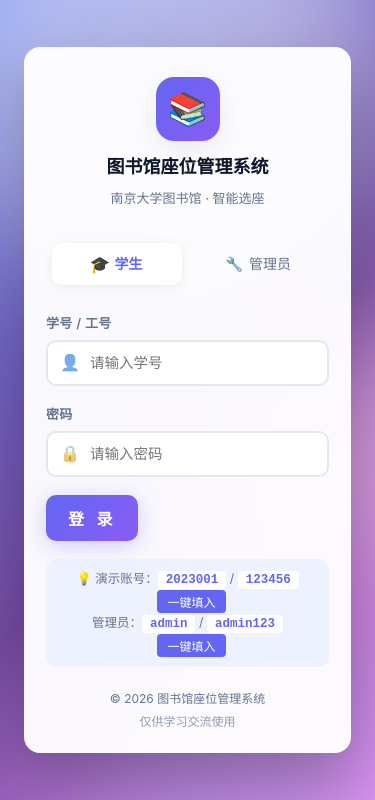
Repository: kinyono/library_seat_system
Page: index.html
The author's editor kept a copy of each file at every save. The page is drawn from the files as they stood at one save, then again after the next save.
The browser window is 375 px wide. The pictures show the whole page.

Above is the page before, as saved 2026-10-12 10:44:18.

After the next save:
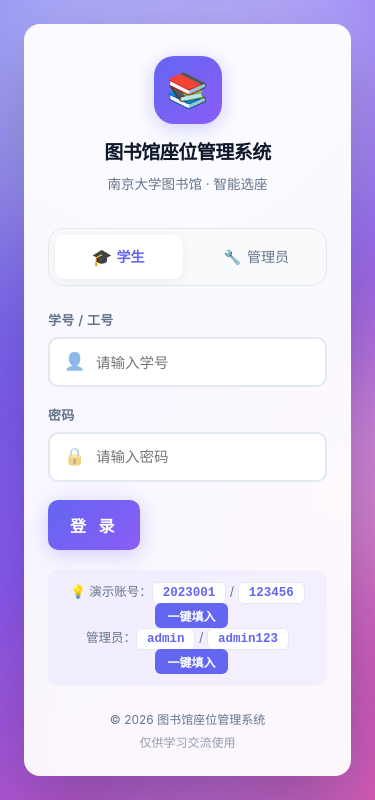
Saved 18 s later.
--- a/css/login.css
+++ b/css/login.css
@@ -3,23 +3,23 @@
     position: fixed;
     inset: 0;
     z-index: -1;
-    background: linear-gradient(135deg, #667eea 0%, #764ba2 55%, #f093fb 100%);
+    background: linear-gradient(135deg, #6366f1 0%, #8b5cf6 50%, #ec4899 100%);
     overflow: hidden;
 }
 .bg-shape {
     position: absolute;
     border-radius: 50%;
-    filter: blur(60px);
-    opacity: 0.5;
-    animation: float 14s ease-in-out infinite;
+    filter: blur(70px);
+    opacity: 0.45;
+    animation: float 16s ease-in-out infinite;
 }
-.shape-1 { width: 420px; height: 420px; background: #fff; top: -120px; left: -80px; }
-.shape-2 { width: 340px; height: 340px; background: #a18cd1; bottom: -100px; right: -60px; animation-delay: -5s; }
-.shape-3 { width: 260px; height: 260px; background: #fbc2eb; top: 40%; left: 60%; animation-delay: -9s; }
+.shape-1 { width: 460px; height: 460px; background: #fff; top: -140px; left: -100px; }
+.shape-2 { width: 360px; height: 360px; background: #a78bfa; bottom: -120px; right: -80px; animation-delay: -5s; }
+.shape-3 { width: 280px; height: 280px; background: #fbcfe8; top: 40%; left: 60%; animation-delay: -9s; }
 @keyframes float {
     0%, 100% { transform: translate(0, 0) scale(1); }
-    33% { transform: translate(30px, -40px) scale(1.1); }
-    66% { transform: translate(-20px, 30px) scale(0.95); }
+    33% { transform: translate(40px, -50px) scale(1.1); }
+    66% { transform: translate(-30px, 40px) scale(0.95); }
 }
 
 .login-container {
@@ -31,40 +31,41 @@
 }
 
 .login-card {
-    width: 420px;
+    width: 440px;
     max-width: 100%;
-    background: rgba(255, 255, 255, 0.96);
-    backdrop-filter: blur(12px);
+    background: rgba(255, 255, 255, 0.95);
+    backdrop-filter: blur(16px);
     border-radius: var(--radius-lg);
-    box-shadow: 0 24px 60px rgba(0, 0, 0, 0.25);
-    padding: 40px 36px 28px;
-    animation: slideUp 0.5s ease;
+    box-shadow: 0 32px 80px rgba(0, 0, 0, 0.25);
+    padding: 44px 40px 32px;
+    animation: slideUp 0.5s cubic-bezier(0.16, 1, 0.3, 1);
 }
 @keyframes slideUp {
-    from { opacity: 0; transform: translateY(24px); }
+    from { opacity: 0; transform: translateY(30px); }
     to { opacity: 1; transform: translateY(0); }
 }
 
-.login-brand { text-align: center; margin-bottom: 28px; }
+.login-brand { text-align: center; margin-bottom: 32px; }
 .brand-logo {
-    width: 64px; height: 64px; margin: 0 auto 12px;
+    width: 68px; height: 68px; margin: 0 auto 14px;
     display: flex; align-items: center; justify-content: center;
-    font-size: 32px;
+    font-size: 34px;
     background: linear-gradient(135deg, var(--primary), var(--secondary));
-    border-radius: 18px;
-    box-shadow: var(--shadow-md);
+    border-radius: 20px;
+    box-shadow: var(--shadow-primary);
 }
-.login-brand h1 { font-size: 21px; font-weight: 700; color: var(--text-primary); }
-.brand-sub { font-size: 13px; color: var(--text-secondary); margin-top: 6px; }
+.login-brand h1 { font-size: 22px; font-weight: 700; color: var(--text-primary); letter-spacing: -0.5px; }
+.brand-sub { font-size: 13.5px; color: var(--text-secondary); margin-top: 6px; }
 
 /* 角色切换 */
 .role-switch {
     display: flex;
-    gap: 12px;
-    margin-bottom: 22px;
+    gap: 10px;
+    margin-bottom: 24px;
     padding: 6px;
-    background: var(--bg-light);
+    background: var(--bg-subtle);
     border-radius: var(--radius-md);
+    border: 1px solid var(--border);
 }
 .role-option {
     flex: 1;
@@ -72,7 +73,7 @@
     align-items: center;
     justify-content: center;
     gap: 6px;
-    padding: 10px;
+    padding: 11px;
     border-radius: var(--radius-sm);
     cursor: pointer;
     font-size: 14px;
@@ -95,24 +96,25 @@
 .input-wrap { position: relative; }
 .input-wrap .input-icon {
     position: absolute;
-    left: 14px;
+    left: 16px;
     top: 50%;
     transform: translateY(-50%);
-    font-size: 16px;
-    opacity: 0.6;
+    font-size: 17px;
+    opacity: 0.5;
 }
-.input-wrap .form-control { padding-left: 42px; height: 46px; }
+.input-wrap .form-control { padding-left: 46px; height: 50px; }
 
 /* 错误提示 */
 .login-error {
-    padding: 10px 14px;
-    background: #fef2f2;
+    padding: 11px 16px;
+    background: var(--danger-light);
     border: 1px solid #fecaca;
     color: var(--danger);
     border-radius: var(--radius-sm);
     font-size: 13px;
-    margin-bottom: 14px;
+    margin-bottom: 16px;
     animation: shake 0.4s;
+    font-weight: 500;
 }
 @keyframes shake {
     0%, 100% { transform: translateX(0); }
@@ -120,14 +122,14 @@
     75% { transform: translateX(6px); }
 }
 
-.btn-login { height: 46px; font-size: 16px; letter-spacing: 4px; position: relative; }
+.btn-login { height: 50px; font-size: 16px; letter-spacing: 4px; position: relative; font-weight: 700; }
 .btn-login:disabled { opacity: 0.7; cursor: not-allowed; }
 
 /* 演示提示 */
 .demo-tip {
-    margin-top: 18px;
-    padding: 10px 14px;
-    background: #eef2ff;
+    margin-top: 20px;
+    padding: 12px 16px;
+    background: rgba(99,102,241,0.06);
     border-radius: var(--radius-sm);
     font-size: 12.5px;
     color: var(--text-secondary);
@@ -135,27 +137,30 @@
 }
 .demo-tip code {
     background: #fff;
-    padding: 2px 8px;
-    border-radius: 4px;
-    font-weight: 600;
+    padding: 3px 10px;
+    border-radius: 6px;
+    font-weight: 700;
     color: var(--primary);
+    border: 1px solid var(--border);
 }
 .demo-fill {
     margin-left: 8px;
-    padding: 3px 10px;
+    padding: 4px 12px;
     border: none;
     background: var(--primary);
     color: #fff;
-    border-radius: 4px;
+    border-radius: 6px;
     font-size: 12px;
+    font-weight: 600;
     cursor: pointer;
+    transition: var(--transition-fast);
 }
-.demo-fill:hover { background: var(--secondary); }
+.demo-fill:hover { background: var(--primary-dark); }
 
-.login-footer { text-align: center; margin-top: 22px; font-size: 12px; color: var(--text-secondary); }
+.login-footer { text-align: center; margin-top: 24px; font-size: 12px; color: var(--text-secondary); }
 .login-footer .copyright { margin-top: 4px; opacity: 0.7; }
 
 @media (max-width: 480px) {
-    .login-card { padding: 30px 22px 22px; border-radius: var(--radius-md); }
-    .login-brand h1 { font-size: 18px; }
+    .login-card { padding: 32px 24px 24px; border-radius: var(--radius-md); }
+    .login-brand h1 { font-size: 19px; }
 }
